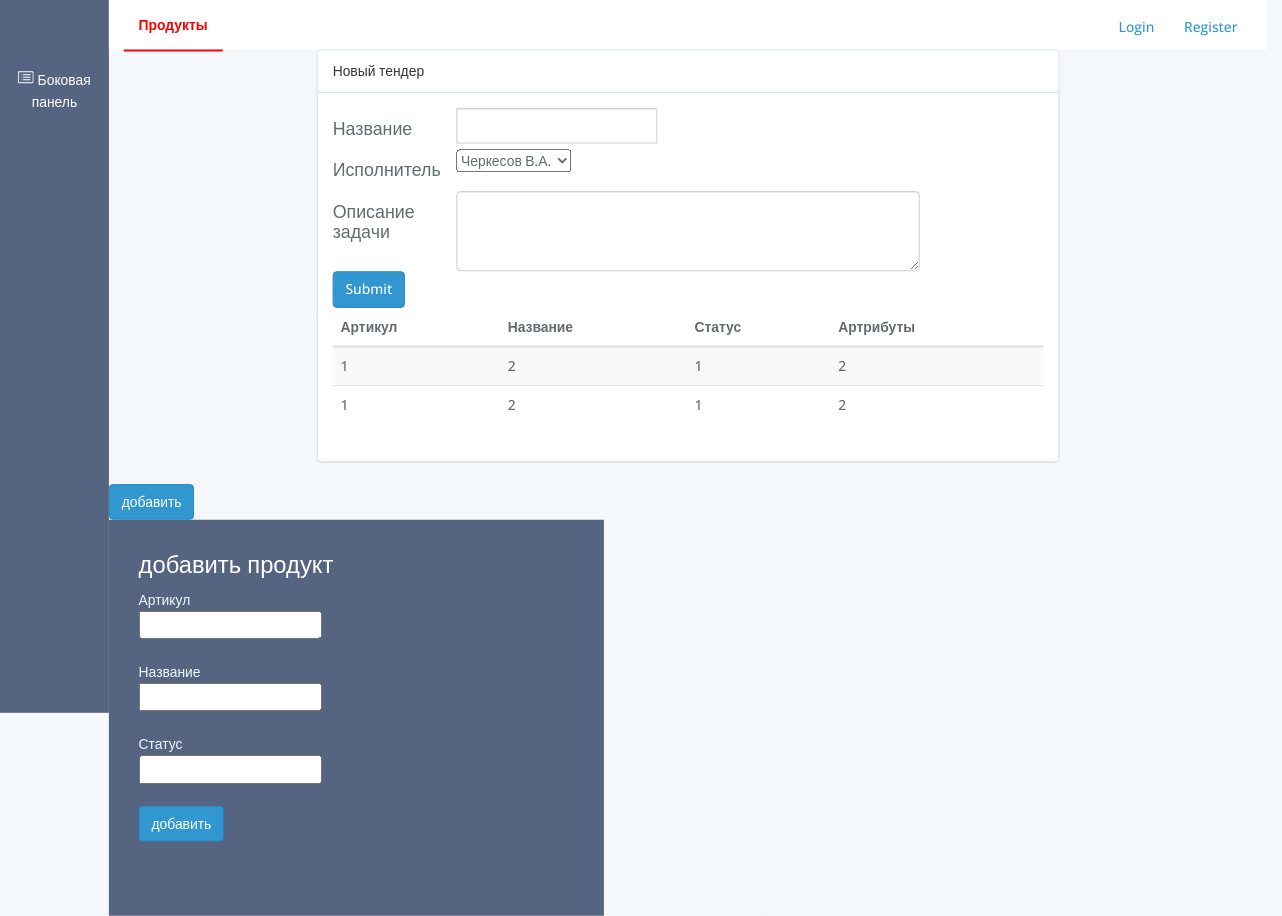
Repository: blackjack043/laravel-crud
Page: http://localhost/page2
An editor plug-in stored every save of this project. The page is shown before and after the next save, followed by the edit.
The browser window is 1280 px wide. The page is 1280 px wide, then 1295 px, so the pictures cover 1295 px, including what lies to the right of the window. The pictures show the whole page, at 99% of full size.
Some web fonts or font styles are not loaded; a fallback is used. The page is served by the project's Laravel application, run on PHP 8.4 with Laravel 8. Other server files are loaded and not shown.

Above is the page before, as saved 2022-03-07 16:01:30.

### routes/web.php
<?php

/*
|--------------------------------------------------------------------------
| Web Routes
|--------------------------------------------------------------------------
|
| Here is where you can register web routes for your application. These
| routes are loaded by the RouteServiceProvider within a group which
| contains the "web" middleware group. Now create something great!
|
*/
use Illuminate\Http\Request;
use App\Contact12;


Route::get('/', function () {
    return view('welcome');
});

Route::get('/page2', function () {
    return view('page2');
});



Route::post('/profile', 'ContactController@submit');

Auth::routes();

Route::get('/home', 'HomeController@index');

Auth::routes();

Route::get('/home', 'HomeController@index');

### resources/views/page2.blade.php
@extends('layouts.app2')

@section('content')
<div class="container">
    <div class="row">
        <div class="col-md-8 col-md-offset-2">
            <div class="panel panel-default">
                <div class="panel-heading">Новый тендер</div>
                <div class="panel-body">


        @if($errors->any())
            <div style=>
            @foreach ($errors->all() as $error)
            <div >
                {{$error}}
            </div>
            @endforeach
            </div>
         @endif
<form  method="POST" action="/profile">
{{ csrf_field() }}

                <div class="row" >
  <div class="col-md-2" ><h4>Название</h4></div>
  <div class="col-md-10">
<div class="input-group" >
<input type="text" name="label" class="form-control"  aria-describedby="sizing-addon2">
                </div></div>
</div>

<div class="row">
  <div class="col-md-2"><h4>Исполнитель</h4></div>
  <div class="col-md-10">
    <select name="ispolnitel">
    <option value="cherkesov">Черкесов В.А.</option>
    <option value="matancev">Матанцев Е.Р.</option>
    </select>
</div>
</div>

<div class="row">
  <div class="col-md-2"><h4>Описание задачи</h4></div>
  <div class="col-md-8">
		<textarea name="text" class="form-control" rows="3"></textarea>
</div>



</div>
<input type="submit" class="btn btn-primary">
</form>


<table class="table table-striped table-hover">
    <thead>
        <tr>
            <th>Артикул</th>
            <th>Название</th>
            <th>Статус</th>
            <th>Артрибуты</th>
            </tr>

    </thead>

    <tbody>
        <tr>
            <td>1</td>
            <td>2</td>
            <td>1</td>
            <td>2</td>
        </tr>
        <tr>
            <td>1</td>
            <td>2</td>
            <td>1</td>
            <td>2</td>
        </tr>
    </tbody>
</table>


                </div>
            </div>
        </div>
    </div>
</div>

<div>

<button class="btn btn-primary">добавить</button>
<div style="background-color: #556480;width:500px;height: 400px;padding-left:30px;padding-top:10px;">
    <div style="color: white"><h3>добавить продукт</h3></div>

    <div> <span style="color:aliceblue"> Артикул </span> </div>
    <div><input type="text" /> </div>
    <br>
    <div> <span style="color:aliceblue"> Название </span> </div>
    <div><input type="text" /> </div>
    <br>
    <div> <span style="color:aliceblue"> Статус </span> </div>
    <div><input type="text" /> </div>
    <br>
    <button class="btn btn-primary">добавить</button>
</div>

</div>
@endsection

### resources/views/layouts/app2.blade.php
<!DOCTYPE html>
<html lang="en">
<head>
    <meta charset="utf-8">
    <meta http-equiv="X-UA-Compatible" content="IE=edge">
    <meta name="viewport" content="width=device-width, initial-scale=1">
    <link rel="preconnect" href="https://fonts.googleapis.com">
<link rel="preconnect" href="https://fonts.gstatic.com" crossorigin>
<link href="https://fonts.googleapis.com/css2?family=Open+Sans:wght@300;500;700&display=swap" rel="stylesheet">
    <!-- CSRF Token -->
    <meta name="csrf-token" content="{{ csrf_token() }}">

    <title>{{ config('app.name', 'Laravel') }}</title>

    <!-- Styles -->
    <link href="/css/app.css" rel="stylesheet">

    <!-- Scripts -->
    <script>
        window.Laravel = <?php echo json_encode([
            'csrfToken' => csrf_token(),
        ]); ?>
    </script>
</head>
<body style="font-family: 'Open Sans', sans-serif;">
    <div id="app" style="display: flex;">
        <div style="width:200px; height:100vh;background: #556480;color: white; font-size: 14px;text-align: center; padding-top:70px" >

        <svg xmlns="http://www.w3.org/2000/svg" width="16" height="16" fill="currentColor" class="bi bi-card-list" viewBox="0 0 16 16">
  <path d="M14.5 3a.5.5 0 0 1 .5.5v9a.5.5 0 0 1-.5.5h-13a.5.5 0 0 1-.5-.5v-9a.5.5 0 0 1 .5-.5h13zm-13-1A1.5 1.5 0 0 0 0 3.5v9A1.5 1.5 0 0 0 1.5 14h13a1.5 1.5 0 0 0 1.5-1.5v-9A1.5 1.5 0 0 0 14.5 2h-13z"/>
  <path d="M5 8a.5.5 0 0 1 .5-.5h7a.5.5 0 0 1 0 1h-7A.5.5 0 0 1 5 8zm0-2.5a.5.5 0 0 1 .5-.5h7a.5.5 0 0 1 0 1h-7a.5.5 0 0 1-.5-.5zm0 5a.5.5 0 0 1 .5-.5h7a.5.5 0 0 1 0 1h-7a.5.5 0 0 1-.5-.5zm-1-5a.5.5 0 1 1-1 0 .5.5 0 0 1 1 0zM4 8a.5.5 0 1 1-1 0 .5.5 0 0 1 1 0zm0 2.5a.5.5 0 1 1-1 0 .5.5 0 0 1 1 0z"/>
</svg>
<span style="padding-top: 0px"> Боковая панель</span>
       </div>
        <div style="display:inline; ">
        <nav class="" style="height: 50px; background: white; color:#f5f5f5">
            <div class="container">
                <div class="navbar-header">

                </div>

                <div style="display: flex; justify-content:space-between">
                    <!-- Left Side Of Navbar -->
                    <ul class="nav navbar-nav navbar-left">
                        &nbsp;
                        <li style="border-bottom: 2px solid red; color: red"><a href="#" style="color: red; font-weight: bold">Продукты</a></li>
                    </ul>

                    <!-- Right Side Of Navbar -->
                    <ul class="nav navbar-nav " style="align-self:flex-end">
                        <!-- Authentication Links -->
                        @if (Auth::guest())
                            <li><a href="{{ url('/login') }}">Login</a></li>
                            <li><a href="{{ url('/register') }}">Register</a></li>
                        @else
                            <li class="dropdown">
                                <a href="#" class="dropdown-toggle" data-toggle="dropdown" role="button" aria-expanded="false">
                                    {{ Auth::user()->name }} <span class="caret"></span>
                                </a>

                                <ul class="dropdown-menu" role="menu">
                                    <li>
                                        <a href="{{ url('/logout') }}"
                                            onclick="event.preventDefault();
                                                     document.getElementById('logout-form').submit();">
                                            Logout
                                        </a>

                                        <form id="logout-form" action="{{ url('/logout') }}" method="POST" style="display: none;">
                                            {{ csrf_field() }}
                                        </form>
                                    </li>
                                </ul>
                            </li>
                        @endif
                    </ul>
                </div>
            </div>
        </nav>

        @yield('content')
    </div>
    </div>
    <!-- Scripts -->
    <script src="/js/app.js"></script>
</body>
</html>

Loaded but not shown: app/Http/Controllers/Auth/LoginController.php (common file); app/Http/Controllers/Controller.php (common file); public/css/app.css (library); public/js/app.js (library)

After the next save:
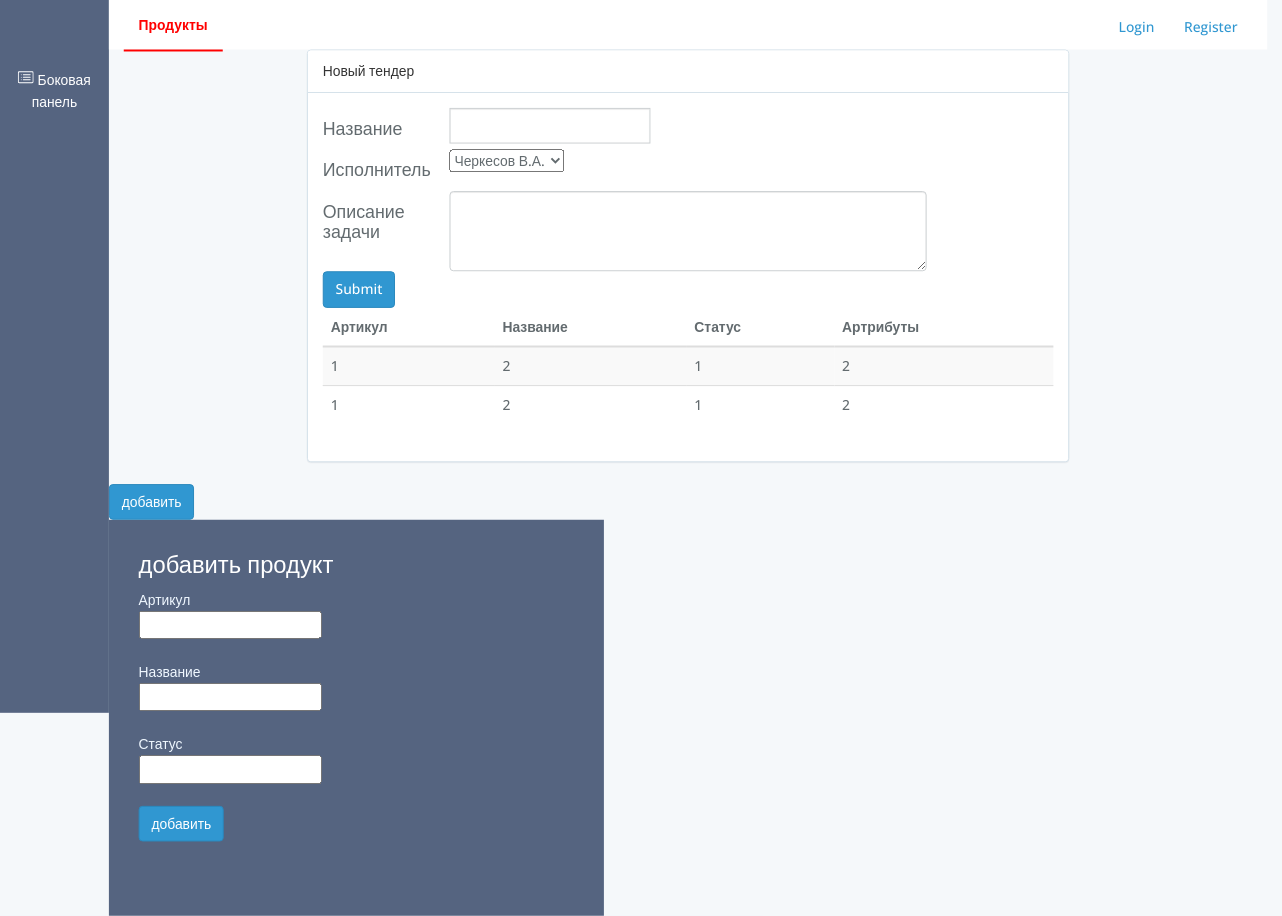
Saved 55 s later.
--- a/resources/views/page2.blade.php
+++ b/resources/views/page2.blade.php
@@ -1,7 +1,7 @@
 @extends('layouts.app2')
 
 @section('content')
-<div class="container">
+<div >
     <div class="row">
         <div class="col-md-8 col-md-offset-2">
             <div class="panel panel-default">
